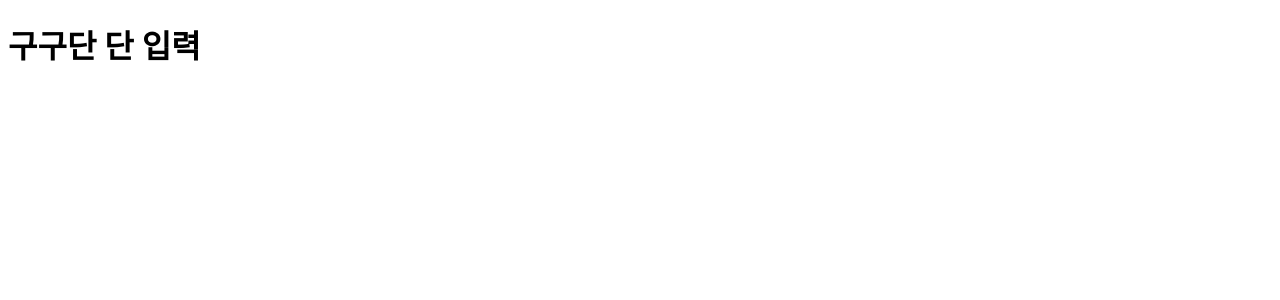
Repository: yuntaekOhO/SY_Academy_Study
Page: workspace_jsp/ch02-Servlet/src/main/webapp/views/gugudanForm.html
An editor plug-in stored every save of this project. The page is shown before and after the next save, followed by the edit.
The browser window is 1280 px wide. The pictures show the whole page.

Above is the page before, as saved 2022-06-23 02:12:18.

After the next save:
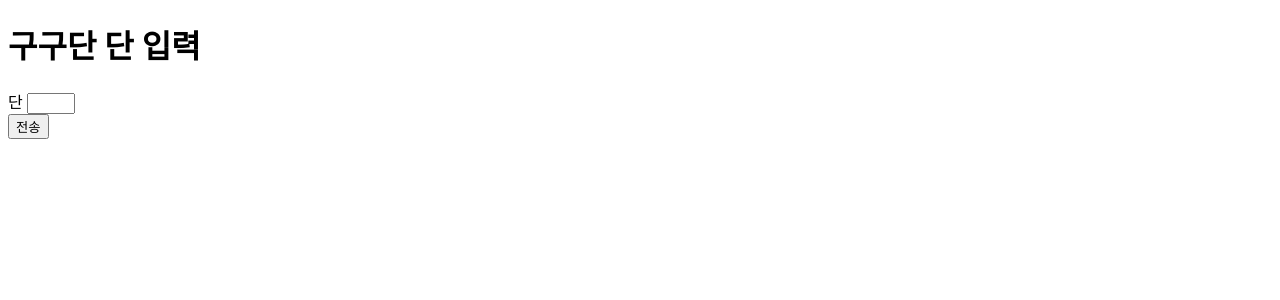
Saved 11 min 23 s later.
--- a/workspace_jsp/ch02-Servlet/src/main/webapp/views/gugudanForm.html
+++ b/workspace_jsp/ch02-Servlet/src/main/webapp/views/gugudanForm.html
@@ -6,7 +6,9 @@
 </head>
 <body>
 <h1>구구단 단 입력</h1>
-<form action="">
+<form action="/ch02-Servlet/gugudan" method="get">
+	단 <input type="number" name="dan" min="2" max="9"><br>
+	<input type="submit" value="전송">
 </form>
 </body>
 </html>
